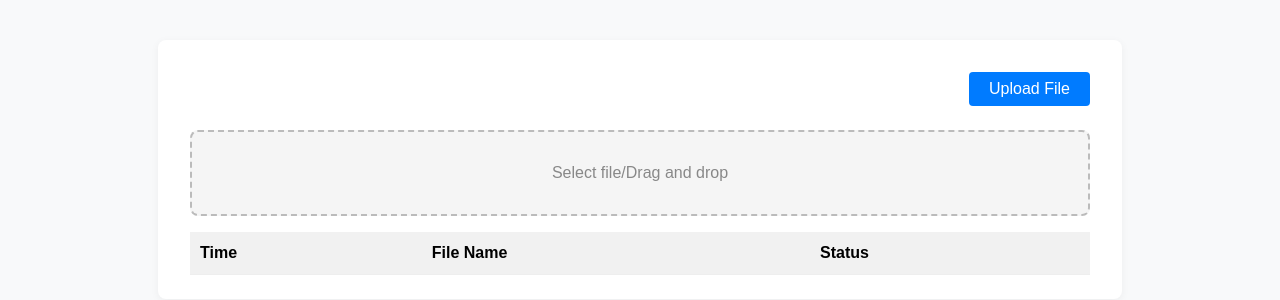
Repository: murs94/yo-print-assignment
Page: http://localhost/upload-ui
These files come from the project's save history. The page is drawn as it stood at one moment and after the next save; the edit follows.
The browser window is 1280 px wide. The pictures show the whole page.
The page is served by the project's Laravel application, run on PHP 8.4 with Laravel 12. Other server files are loaded and not shown. Queries for data that is not in the repository find no rows.

Above is the page before, as saved 2025-05-08 13:06:16.

### routes/web.php
<?php

use Illuminate\Support\Facades\Route;

Route::get('/', function () {
    return view('welcome');
});

Route::post('/upload', [App\Http\Controllers\UploadController::class, 'upload']);

Route::get('/uploads', [App\Http\Controllers\UploadController::class, 'index']);

Route::get('/upload-ui', function () {
    return view('upload');
});

### resources/views/upload.blade.php
<!DOCTYPE html>
<html lang="en">
<head>
    <meta charset="UTF-8">
    <meta name="viewport" content="width=device-width, initial-scale=1.0">
    <title>File Upload</title>
    <script src="https://code.jquery.com/jquery-3.6.0.min.js"></script>
    <meta name="csrf-token" content="{{ csrf_token() }}">
    <style>
        body {
            font-family: Arial, sans-serif;
            margin: 0;
            padding: 0;
            background: #f8f9fa;
        }
        .container {
            max-width: 900px;
            margin: 40px auto;
            background: #fff;
            border-radius: 8px;
            box-shadow: 0 2px 8px rgba(0,0,0,0.05);
            padding: 32px 32px 24px 32px;
        }
        .drop-area {
            border: 2px dashed #bbb;
            border-radius: 8px;
            padding: 32px;
            text-align: center;
            color: #888;
            margin-bottom: 16px;
            background: #f5f5f5;
            transition: border-color 0.2s;
        }
        .drop-area.dragover {
            border-color: #007bff;
            color: #007bff;
        }
        #uploadForm {
            display: flex;
            justify-content: flex-end;
            margin-bottom: 24px;
        }
        #uploadForm input[type="file"] {
            display: none;
        }
        #uploadBtn {
            padding: 8px 20px;
            background: #007bff;
            color: #fff;
            border: none;
            border-radius: 4px;
            cursor: pointer;
            font-size: 1rem;
        }
        #uploadBtn:disabled {
            background: #aaa;
            cursor: not-allowed;
        }
        table {
            width: 100%;
            border-collapse: collapse;
            background: #fff;
        }
        th, td {
            padding: 12px 10px;
            border-bottom: 1px solid #eee;
            text-align: left;
        }
        th {
            background: #f1f1f1;
            font-weight: bold;
        }
        .status {
            padding: 4px 10px;
            border-radius: 4px;
            font-size: 0.95em;
            text-transform: capitalize;
        }
        .status-pending { background: #fff3cd; color: #856404; }
        .status-processing { background: #cce5ff; color: #004085; }
        .status-completed { background: #d4edda; color: #155724; }
        .status-failed { background: #f8d7da; color: #721c24; }
        .time-secondary {
            color: #888;
            font-size: 0.95em;
        }
    </style>
</head>
<body>
<div class="container">
    <form id="uploadForm" enctype="multipart/form-data">
        @csrf
        <input type="file" id="fileInput" name="file" required>
        <button type="button" id="uploadBtn">Upload File</button>
    </form>
    <div class="drop-area" id="dropArea">Select file/Drag and drop</div>
    <table>
        <thead>
        <tr>
            <th>Time</th>
            <th>File Name</th>
            <th>Status</th>
        </tr>
        </thead>
        <tbody id="uploadTableBody"></tbody>
    </table>
</div>
<script>
    $(document).ready(function() {
        // CSRF setup
        $.ajaxSetup({
            headers: {
                'X-CSRF-TOKEN': $('meta[name="csrf-token"]').attr('content')
            }
        });

        // Drag and drop logic
        let fileToUpload = null;
        const dropArea = $('#dropArea');
        const fileInput = $('#fileInput');
        const uploadBtn = $('#uploadBtn');

        dropArea.on('dragover', function(e) {
            e.preventDefault();
            e.stopPropagation();
            dropArea.addClass('dragover');
        });
        dropArea.on('dragleave drop', function(e) {
            e.preventDefault();
            e.stopPropagation();
            dropArea.removeClass('dragover');
        });
        dropArea.on('drop', function(e) {
            const files = e.originalEvent.dataTransfer.files;
            if (files.length > 0) {
                fileToUpload = files[0];
                dropArea.text(fileToUpload.name);
            }
        });
        dropArea.on('click', function() {
            fileInput.click();
        });
        fileInput.on('change', function(e) {
            if (e.target.files.length > 0) {
                fileToUpload = e.target.files[0];
                dropArea.text(fileToUpload.name);
            }
        });
        uploadBtn.on('click', function() {
            if (!fileToUpload) {
                alert('Please select a file first.');
                return;
            }
            let formData = new FormData();
            formData.append('file', fileToUpload);
            uploadBtn.prop('disabled', true).text('Uploading...');
            $.ajax({
                url: '/upload',
                type: 'POST',
                data: formData,
                processData: false,
                contentType: false,
                success: function(response) {
                    alert('Upload successful!');
                    dropArea.text('Select file/Drag and drop');
                    fileToUpload = null;
                    fileInput.val('');
                    loadUploads();
                },
                error: function(xhr) {
                    alert('Upload failed: ' + (xhr.responseJSON?.message || 'Unknown error'));
                },
                complete: function() {
                    uploadBtn.prop('disabled', false).text('Upload File');
                }
            });
        });

        function getStatusClass(status) {
            return 'status status-' + status.toLowerCase();
        }
        function formatDate(dateString) {
            const d = new Date(dateString.replace(' ', 'T'));
            return d.toLocaleString();
        }
        function timeAgo(dateString) {
            const now = new Date();
            const then = new Date(dateString.replace(' ', 'T'));
            const diff = Math.floor((now - then) / 1000);
            if (diff < 60) return `${diff} seconds ago`;
            if (diff < 3600) return `${Math.floor(diff/60)} minutes ago`;
            if (diff < 86400) return `${Math.floor(diff/3600)} hours ago`;
            return `${Math.floor(diff/86400)} days ago`;
        }
        function loadUploads() {
            $.get('/uploads', function(data) {
                $('#uploadTableBody').empty();
                data.forEach(function(upload) {
                    $('#uploadTableBody').append(`
                        <tr>
                            <td>
                                ${formatDate(upload.uploaded_at)}<br>
                                <span class="time-secondary">(${timeAgo(upload.uploaded_at)})</span>
                            </td>
                            <td>${upload.filename}</td>
                            <td><span class="${getStatusClass(upload.status)}">${upload.status}</span></td>
                        </tr>
                    `);
                });
            });
        }
        loadUploads();
        setInterval(loadUploads, 2000);
    });
</script>
</body>
</html>

### app/Http/Controllers/UploadController.php
<?php

namespace App\Http\Controllers;

use App\Models\Upload;
use App\Jobs\ProcessFileUpload;
use Illuminate\Http\Request;
use Illuminate\Support\Facades\Storage;

class UploadController extends Controller
{
    public function upload(Request $request)
    {
        if ($request->hasFile('file')) {
            $file = $request->file('file');

            // Create upload record with pending status
            $upload = Upload::create([
                'filename' => $file->getClientOriginalName(),
                'path' => '',
                'status' => 'pending',
                'uploaded_at' => now(),
            ]);

            try {
                // Store the file
                $path = $file->store('uploads');

                // Update the upload record with path
                $upload->update(['path' => $path]);

                // Dispatch the job to process the file
                ProcessFileUpload::dispatch($upload);

                return response()->json([
                    'status' => 'success',
                    'upload' => $this->transformUpload($upload)
                ]);
            } catch (\Exception $e) {
                $upload->update(['status' => 'failed']);
                return response()->json([
                    'status' => 'error',
                    'message' => 'Upload failed: ' . $e->getMessage()
                ], 500);
            }
        }
        return response()->json(['status' => 'error', 'message' => 'No file uploaded'], 400);
    }

    public function index()
    {
        $uploads = Upload::orderBy('uploaded_at', 'desc')->get();
        return response()->json($uploads->map(fn($upload) => $this->transformUpload($upload)));
    }

    protected function transformUpload(Upload $upload)
    {
        return [
            'id' => $upload->id,
            'filename' => $upload->filename,
            'status' => $upload->status,
            'progress' => $upload->progress,
            'uploaded_at' => $upload->uploaded_at->format('Y-m-d H:i:s'),
            'created_at' => $upload->created_at->format('Y-m-d H:i:s'),
        ];
    }
}

### app/Models/Upload.php
<?php

namespace App\Models;

use Illuminate\Database\Eloquent\Model;

class Upload extends Model
{
    protected $fillable = ['filename', 'path', 'status', 'uploaded_at', 'progress'];

    protected $casts = [
        'uploaded_at' => 'datetime',
    ];
}

Loaded but not shown: app/Http/Controllers/Controller.php (common file)

After the next save:
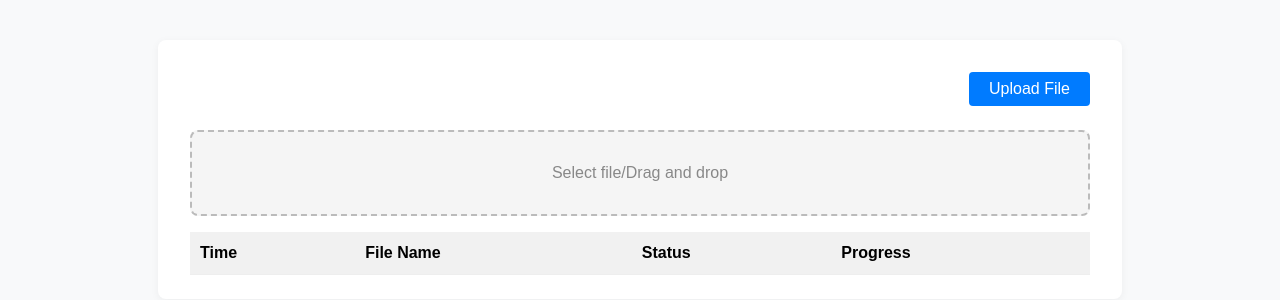
Saved 39 s later.
--- a/resources/views/upload.blade.php
+++ b/resources/views/upload.blade.php
@@ -100,6 +100,7 @@
             <th>Time</th>
             <th>File Name</th>
             <th>Status</th>
+            <th>Progress</th>
         </tr>
         </thead>
         <tbody id="uploadTableBody"></tbody>
@@ -154,12 +155,25 @@
             let formData = new FormData();
             formData.append('file', fileToUpload);
             uploadBtn.prop('disabled', true).text('Uploading...');
+            $("#frontendProgress").remove();
+            dropArea.after('<div id="frontendProgress" style="margin:10px 0;"><div style="background:#e9ecef;border-radius:4px;height:18px;width:100%;overflow:hidden;"><div id="frontendBar" style="background:#007bff;height:100%;width:0%;transition:width 0.2s;"></div></div><span id="frontendPercent">0%</span></div>');
             $.ajax({
                 url: '/upload',
                 type: 'POST',
                 data: formData,
                 processData: false,
                 contentType: false,
+                xhr: function() {
+                    var xhr = new window.XMLHttpRequest();
+                    xhr.upload.addEventListener('progress', function(evt) {
+                        if (evt.lengthComputable) {
+                            var percent = Math.round((evt.loaded / evt.total) * 100);
+                            $('#frontendBar').css('width', percent + '%');
+                            $('#frontendPercent').text(percent + '%');
+                        }
+                    }, false);
+                    return xhr;
+                },
                 success: function(response) {
                     alert('Upload successful!');
                     dropArea.text('Select file/Drag and drop');
@@ -172,6 +186,7 @@
                 },
                 complete: function() {
                     uploadBtn.prop('disabled', false).text('Upload File');
+                    setTimeout(function() { $("#frontendProgress").fadeOut(500, function() { $(this).remove(); }); }, 1500);
                 }
             });
         });
@@ -204,6 +219,12 @@
                             </td>
                             <td>${upload.filename}</td>
                             <td><span class="${getStatusClass(upload.status)}">${upload.status}</span></td>
+                            <td>
+                                <div style="background:#e9ecef;border-radius:4px;height:16px;width:120px;overflow:hidden;">
+                                    <div style="background:#28a745;height:100%;width:${upload.progress || 0}%;transition:width 0.2s;"></div>
+                                </div>
+                                <span style="font-size:0.95em;">${upload.progress || 0}%</span>
+                            </td>
                         </tr>
                     `);
                 });

After the save that followed:
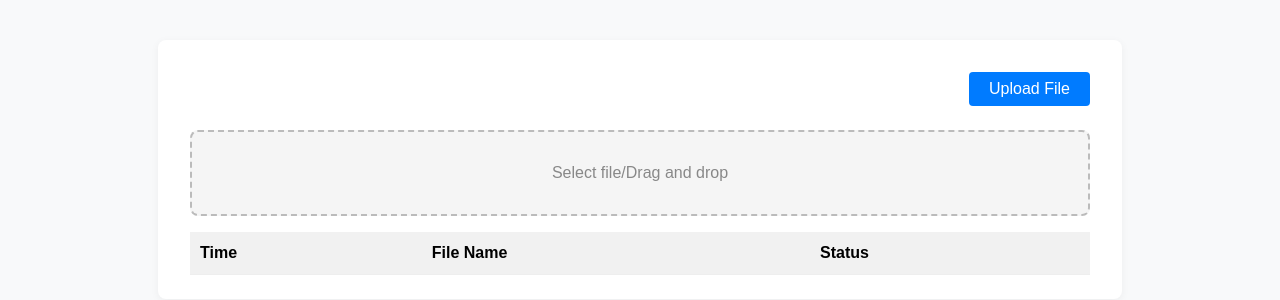
Saved 11 min 5 s later.
--- a/resources/views/upload.blade.php
+++ b/resources/views/upload.blade.php
@@ -100,7 +100,6 @@
             <th>Time</th>
             <th>File Name</th>
             <th>Status</th>
-            <th>Progress</th>
         </tr>
         </thead>
         <tbody id="uploadTableBody"></tbody>
@@ -219,12 +218,6 @@
                             </td>
                             <td>${upload.filename}</td>
                             <td><span class="${getStatusClass(upload.status)}">${upload.status}</span></td>
-                            <td>
-                                <div style="background:#e9ecef;border-radius:4px;height:16px;width:120px;overflow:hidden;">
-                                    <div style="background:#28a745;height:100%;width:${upload.progress || 0}%;transition:width 0.2s;"></div>
-                                </div>
-                                <span style="font-size:0.95em;">${upload.progress || 0}%</span>
-                            </td>
                         </tr>
                     `);
                 });
